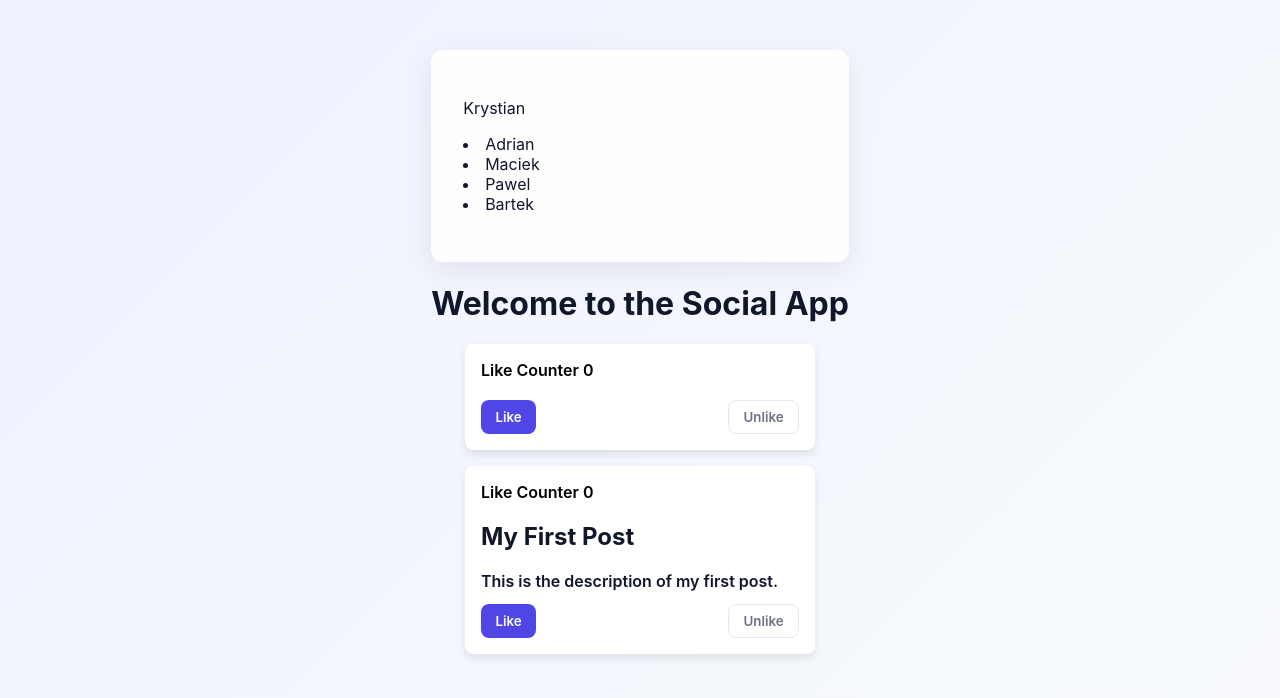
Repository: KrystianTrzy/reactapt
Page: /
These files come from the project's save history. The page is drawn as it stood at one moment and after a run of saves; the edit follows.
The browser window is 1280 px wide. The pictures show the whole page.
The project was rebuilt for these pictures with package versions that can differ from the ones it lists, and the page was loaded fresh each time.

Above is the page before, as saved 2025-11-22 09:31:02.

After the next 9 saves:
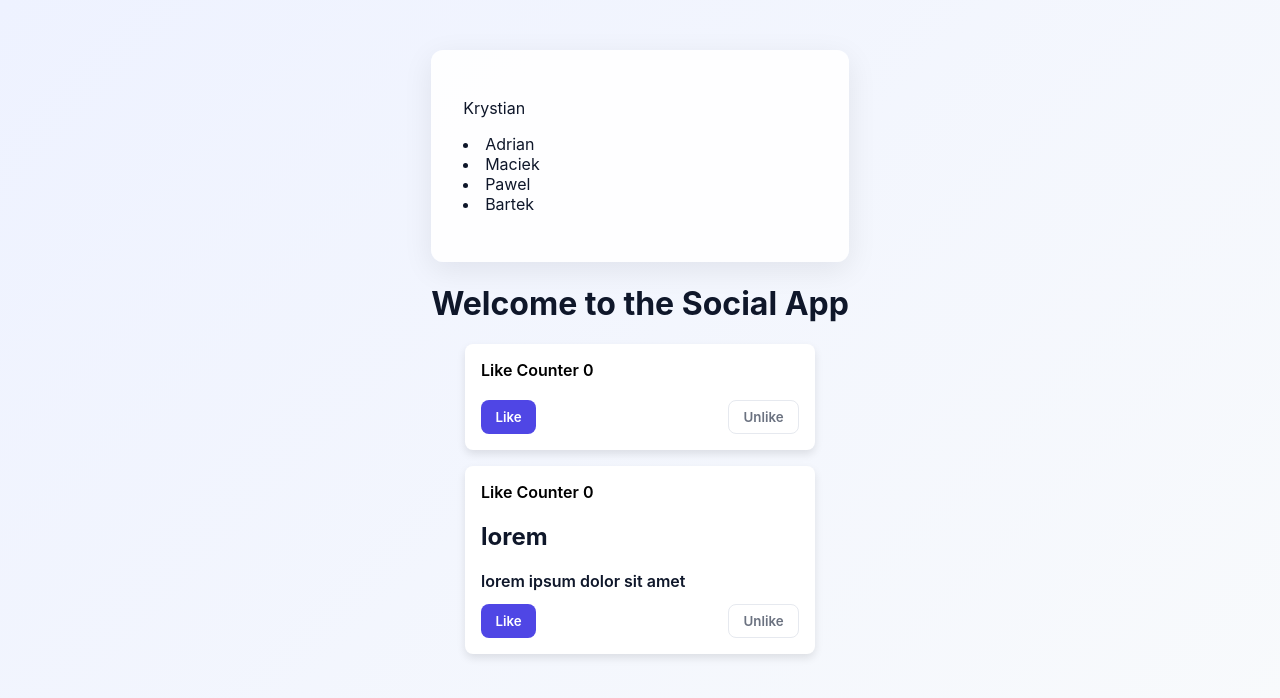
The 9 saves are shown as one change because they came seconds apart.
The last was saved 31 s later.
--- a/src/index.js
+++ b/src/index.js
@@ -12,8 +12,8 @@ root.render(
       <h1>Welcome to the Social App</h1>
       <LikeCounter />
       <LikeCounter
-        title="My First Post"
-        description="This is the description of my first post."
+        title="lorem "
+        description="lorem ipsum dolor sit amet"
       />
     </div>
   </React.StrictMode>
